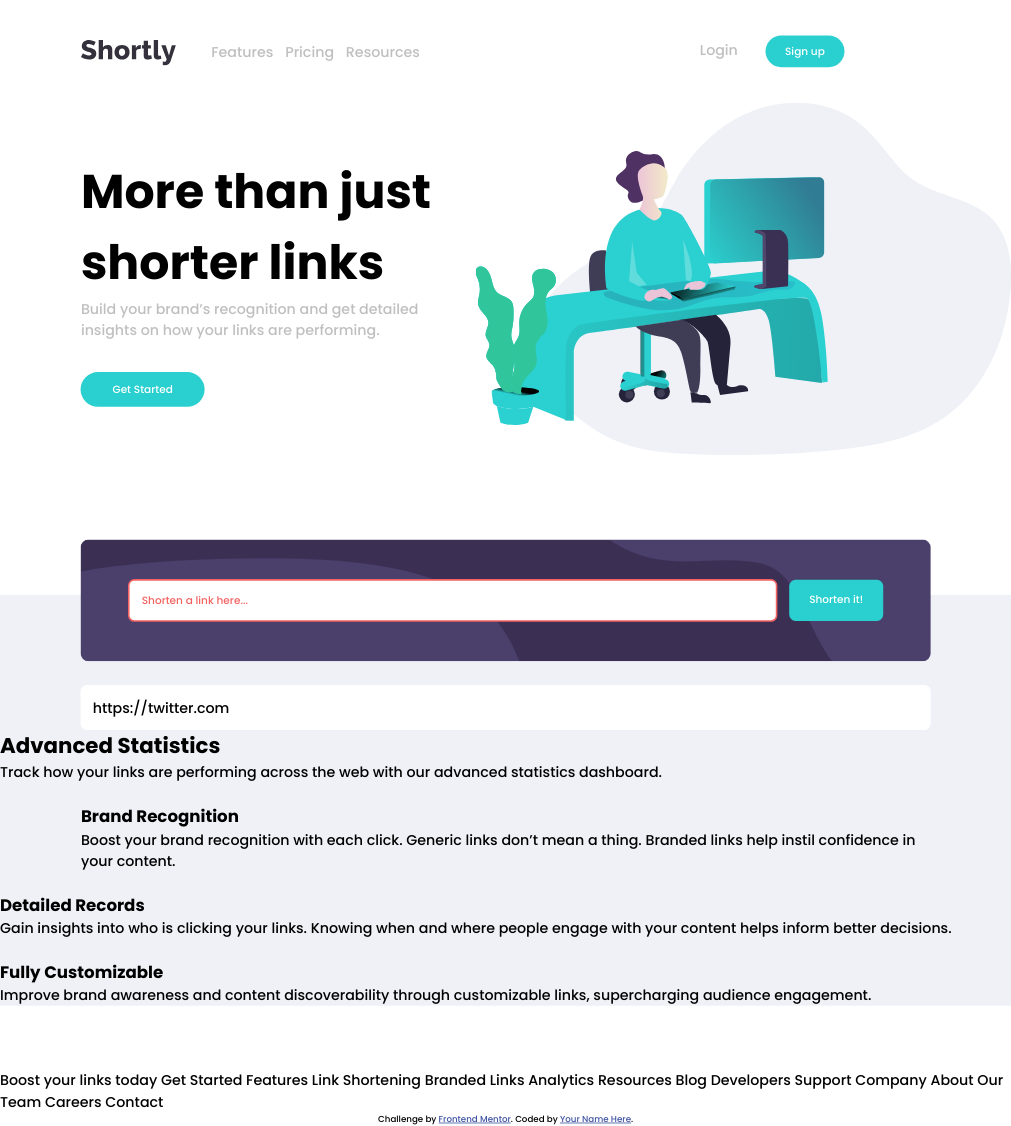
Repository: mamulini/URL-shortener
Page: index.html
The author's editor kept a copy of each file at every save. The page is drawn from the files as they stood at one save, then again after the next save.
The browser window is 1280 px wide. The pictures show the whole page, at 79% of full size.
The style sheet was rebuilt from its Sass, Less or Tailwind sources for each picture, by a compiler version that may differ from the author's.

Above is the page before, as saved 2020-04-11 22:47:15.

After the next save:
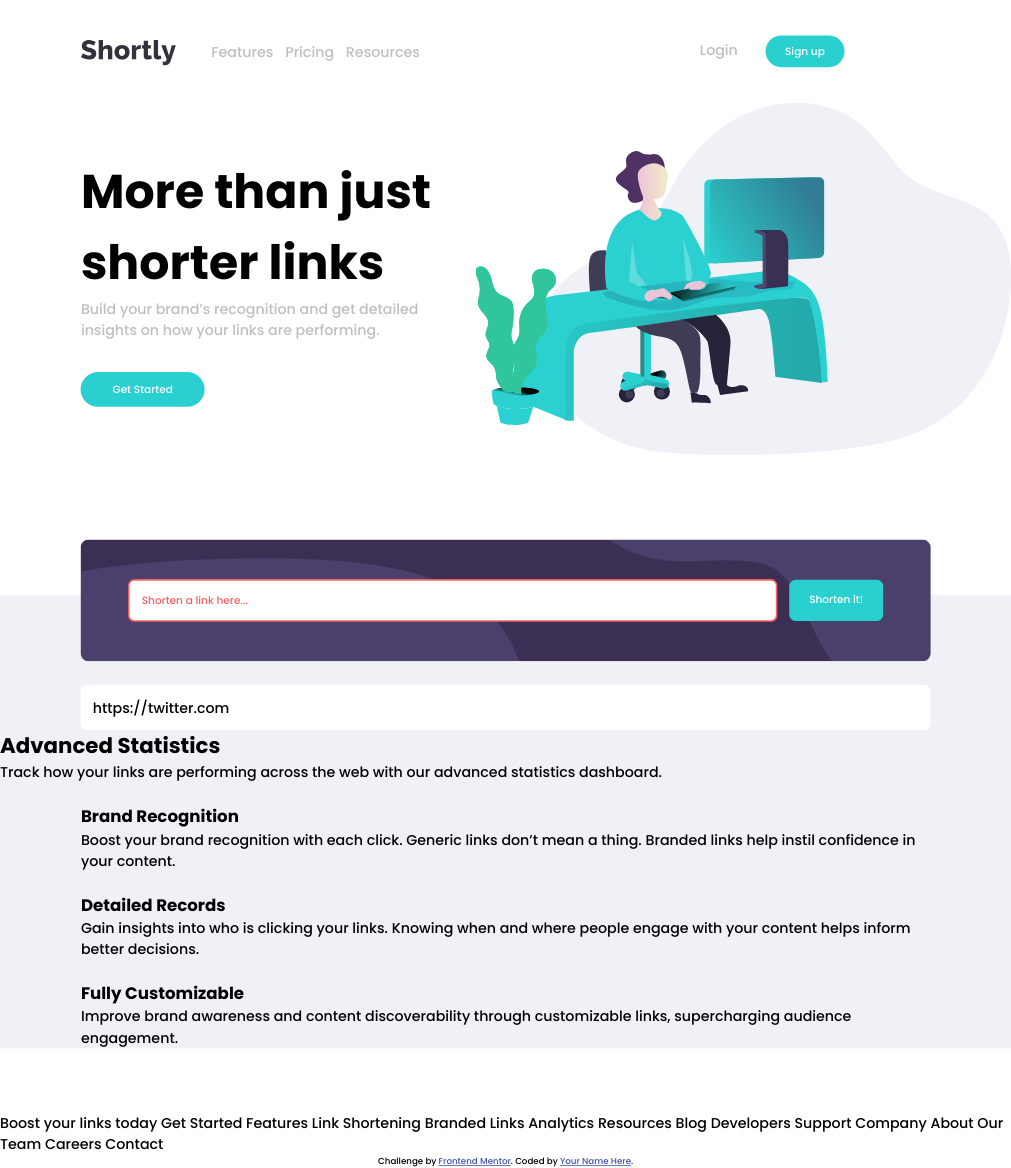
Saved 113 s later.
--- a/index.html
+++ b/index.html
@@ -57,7 +57,8 @@
       <h2 class="statistics__title">Advanced Statistics</h2>
       <p class="statistics__subtitle">Track how your links are performing across the web with our
         advanced statistics dashboard.</p>
-        <div class="blocks container">
+      <div class="blocks_wrapper container">
+        <div class="blocks ">
           <img src="" alt="" class="blocks__icon">
           <h3 class="blocks__title">Brand Recognition</h3>
           <p class="blocks__subtitle">Boost your brand recognition with each click. Generic links don’t
@@ -75,6 +76,7 @@
           <p class="blocks__subtitle">Improve brand awareness and content discoverability through customizable
             links, supercharging audience engagement.</p>
         </div>
+      </div>
     </div>
   </main>
 
